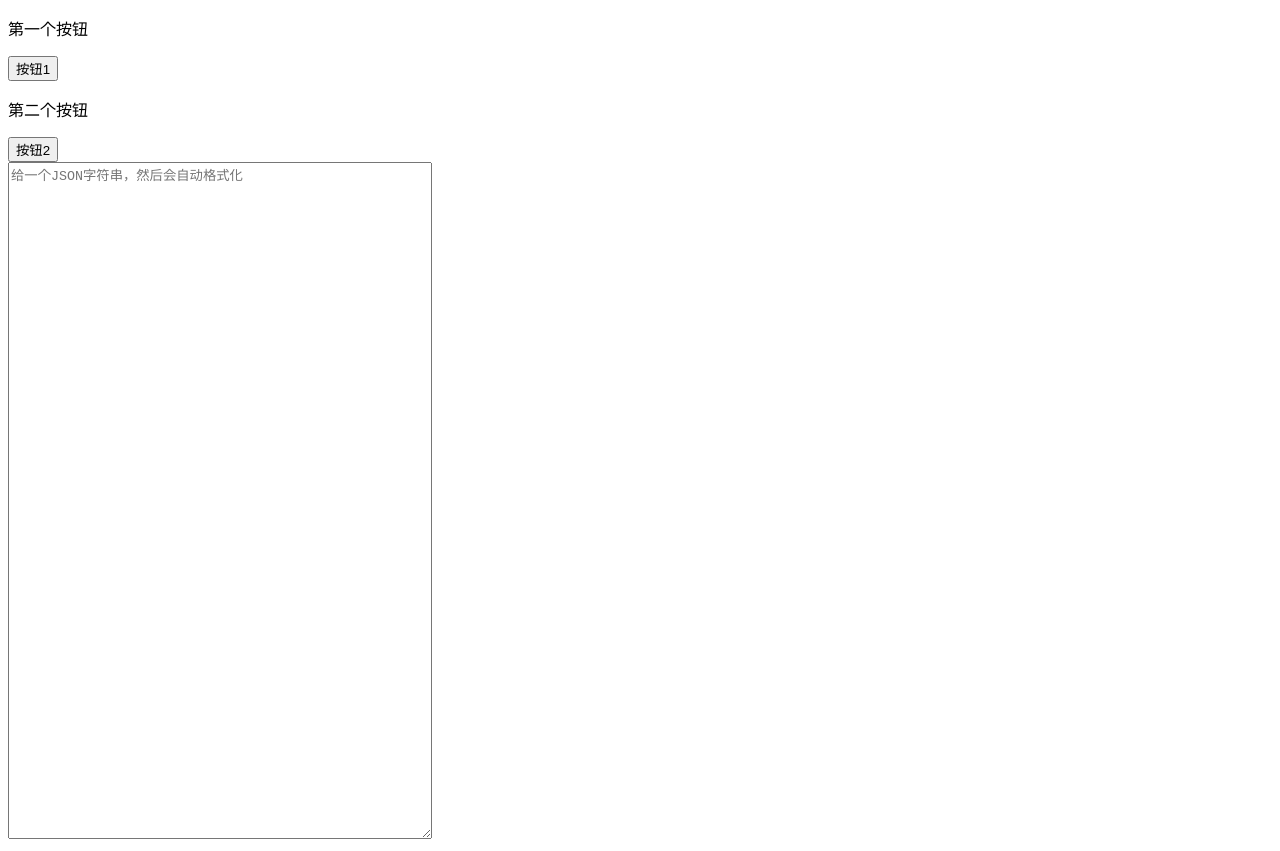
Repository: wangyanqing666/study
Page: json对象操作.html
The author's editor kept a copy of each file at every save. The page is drawn from the files as they stood at one save, then again after the next save.
The browser window is 1280 px wide. The pictures show the whole page.

Above is the page before, as saved 2020-06-13 21:20:08.

### json对象操作.html
<!DOCTYPE html>
<html lang="en">

<head>
    <meta charset="UTF-8">
    <meta name="viewport" content="width=device-width, initial-scale=1.0">
    <title>Document</title>

    <script src="https://cdn.bootcss.com/jquery/3.4.1/jquery.js"></script>
    <script type="text/javascript" src="wyq.js"></script>
    <script type="text/javascript" charset="utf-8">
        $(function () {
            $('#but1').click(function () {
                var str = $('#editor1').val();
                var str1 = formatjson(str);
                $('#editor1').val(str1)

            });
            $('#but2').click(function () {
                var str = $('#editor1').val();
                alert(isjson(str));

            });


            $("#but1").hover(function () {
                $("p").css("background-color", "yellow");
            }, function () {
                $("p").css("background-color", "pink");
            })

        })

    </script>

    <style type="text/css">
        .list {
            height: 40px;
            line-height: 60px;
        }
    </style>
</head>

<body>
    <div>
        <p>第一个按钮</p>
        <button type="submit" id='but1'  title="你要的文字" > 按钮1</button>
        <p>第二个按钮</p>

        <input type="button" value="按钮2" id='but2' />
    </div>

    <div>
        <textarea class="column " style="height: 671px; width: 418px;" id="editor1" placeholder="给一个JSON字符串，然后会自动格式化"
            spellcheck="false" name="jstr"></textarea>
    </div>



</body>

</html>

### wyq.js
function isjson(str) {
  if (typeof str == "string") {
    try {
      var obj = JSON.parse(str);
      if (obj instanceof Object && obj) {
        return true;
      } else {
        return false;
      }
    } catch (e) {
      console.log("error:" + str + "!!!" + e);
      return false;
    }
  } else {
    console.log("error:" + str + "不是一个字符串");

    return false;
  }
}

function formatjson(jsonStr) {
  var input;
  try {
    if (jsonStr.length == 0) {
    //   return false;
        return alert("输入内容不能为空");

    } else if (!isjson(jsonStr)) {
             return alert("您输入的内容非正规json格式，请检查后重试！");
           }
    input = eval("(" + jsonStr + ")");
  } catch (error) {
    console.log(error);
    return alert("JSON 格式化错误！");
  }

  return JSON.stringify(input, null, 4);
}

After the next save:
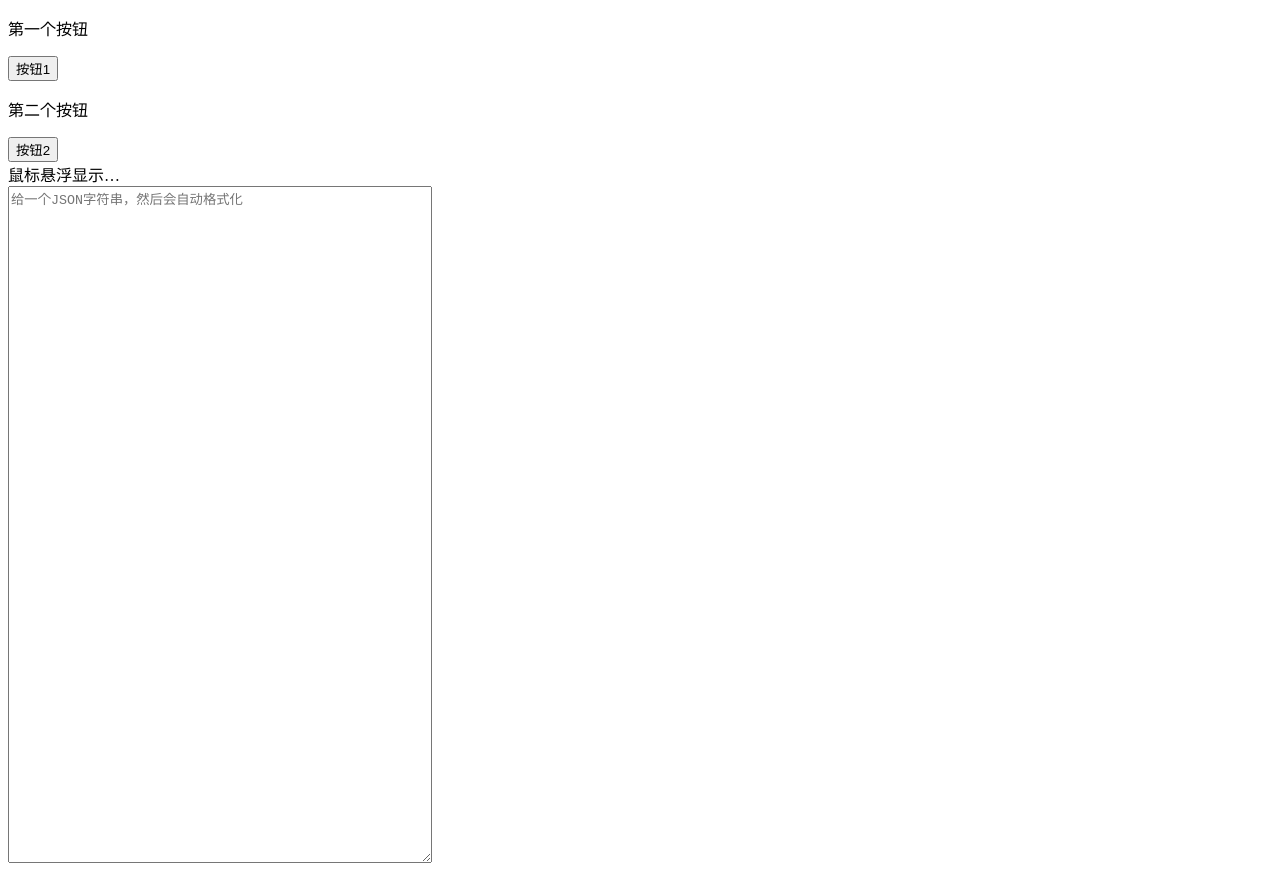
Saved 4 min 16 s later.
--- a/json对象操作.html
+++ b/json对象操作.html
@@ -46,8 +46,10 @@
         <p>第一个按钮</p>
         <button type="submit" id='but1'  title="你要的文字" > 按钮1</button>
         <p>第二个按钮</p>
+        <input type="button" value="按钮2" id='but2' />
+        <br>
+        <div style='width:120px;white-space:nowrap;text-overflow:ellipsis;overflow:hidden;' title='鼠标悬浮显示的内容'>鼠标悬浮显示的内容</div>
 
-        <input type="button" value="按钮2" id='but2' />
     </div>
 
     <div>
